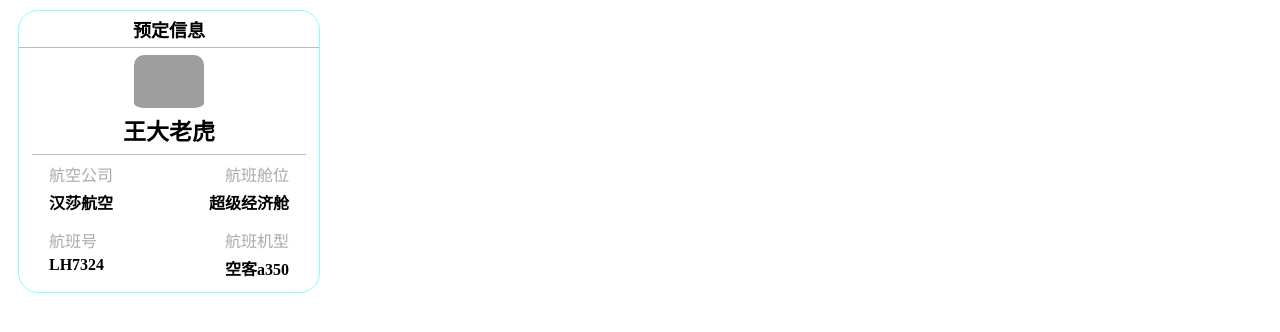
Repository: xzm1997/react-learning
Page: /
These files come from the project's save history. The page is drawn as it stood at one moment and after the next save; the edit follows.
The browser window is 1280 px wide. The pictures show the whole page.
Pictures or frames that could not be fetched are drawn as grey boxes. The project was rebuilt for these pictures with package versions that can differ from the ones it lists, and the page was loaded fresh each time. Also part of the build but not shown: src/index.css.

Above is the page before, as saved 2023-02-11 09:53:11.

### src/index.js
import React from 'react';
import ReactDOM from 'react-dom/client';
import './index.css';

import BookInfo from './component/BookInfo.js'


export function Root() {
  const userName = '王大老虎';
  const ticketInfo = {
    airline : '汉莎航空',
    flightNum : 'LH7324',
    level : '超级经济舱',
    plane : '空客a350'
  }
  return (
    <div>
      <BookInfo
        userName={userName}
        ticketInfo={ticketInfo}
      />
    </div>
  )
}

// ========================================

const root = ReactDOM.createRoot(document.getElementById("root"));
root.render(<Root />);

### src/component/BookInfo.js
import './BookInfo.css'

export function UserInfo(props) {
  return (
    <div className='userInfo'>
      <img
        src='https://img1.baidu.com/it/u=1964469406,3571897169&fm=253&fmt=auto&app=138&f=JPEG?w=500&h=500'
        alt='ava'
        className='ava'
      ></img>
      <div className='userName'>{props.userName}</div>
    </div>
  )
}

export function InfoShow(props) {
  return (
    <div className='infoShow'>
      <div className='bookTitle'>{props.title}</div>
      <div className='bookContent'>{props.content}</div>
    </div>
  )
}

export default function BookInfo(props) {
  return (
    <div className='contentDisplay'>
      <div className='totalTitle'>预定信息</div>
      <UserInfo userName={props.userName} />
      <div className='infoDisplay'>
        <div className='infoItem leftSide'>
          <InfoShow title='航空公司' content={props.ticketInfo.airline}/>
          <InfoShow title='航班号' content={props.ticketInfo.flightNum}/>
        </div>
        <div className='infoItem rightSide'>
          <InfoShow title='航班舱位' content={props.ticketInfo.level}/>
          <InfoShow title='航班机型' content={props.ticketInfo.plane}/>
        </div>
      </div>
    </div>
    )
}

### src/component/BookInfo.css
.contentDisplay {
  width: 300px;
  border: solid 1px #8ff;
  /* background: lemonchiffon; */
  border-radius: 20px;
  padding:5px 0;
  margin: 10px;
  display: flex;
  flex-direction: column;
  align-items: center;
}

.userInfo {
  display: flex;
  flex-direction: column;
  align-items: center;
  width: 260px;
  padding: 7px;
  border-bottom: solid 1px #bbb;
}

.ava {
  width: 70px;
  border-radius: 10px;
  padding-bottom: 5px;
}

.userName {
  font-weight: 700;
  font-size: 23px;
}

.bookTitle {
  color: #aaa;
}

.totalTitle {
  font-size: 18px;
  font-weight: 700;
  text-align: center;
  width: 300px;
  padding-bottom: 5px;
  border-bottom: solid 1px #bbb;
}

.bookContent {
  font-weight: 700;
}

.infoShow {
  padding: 5px 0;
}

.bookTitle {
  padding: 2px 0;
}

.bookContent {
  padding: 2px 0;
}

.infoDisplay {
  display: flex;
}

.infoItem {
  width: 120px;
}

.rightSide {
  text-align: right;
}

Loaded but not shown: public/index.html (common file)

After the next save:
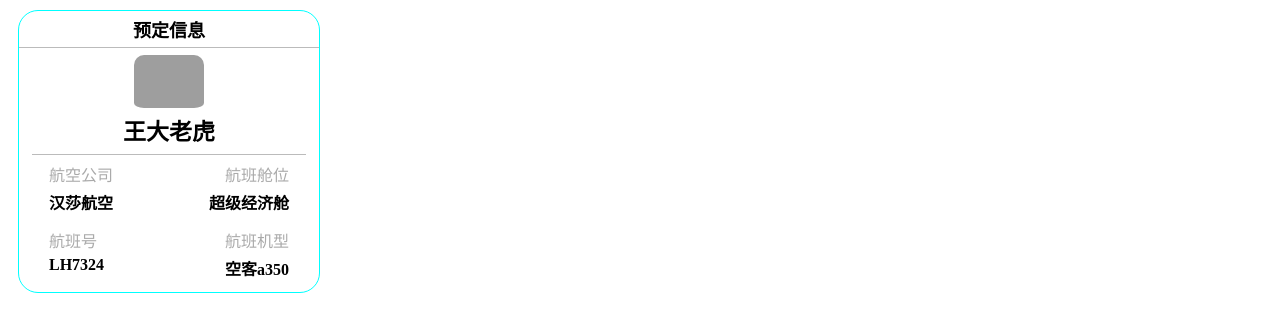
Saved 7 s later.
--- a/src/component/BookInfo.css
+++ b/src/component/BookInfo.css
@@ -1,6 +1,6 @@
 .contentDisplay {
   width: 300px;
-  border: solid 1px #8ff;
+  border: solid 1px #0ff;
   /* background: lemonchiffon; */
   border-radius: 20px;
   padding:5px 0;
